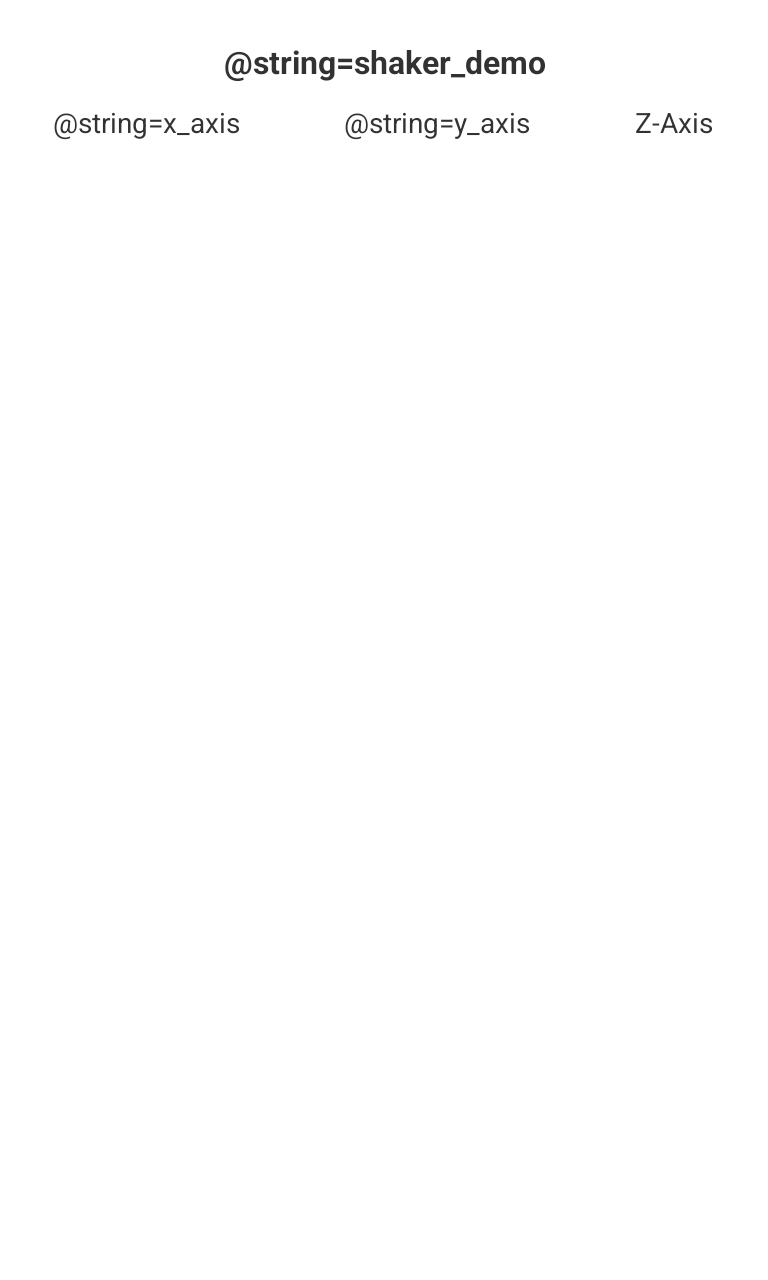
Repository: cemkoc/powernap
Layout: accelerometer/android/accelerometer/res/layout/main.xml
These files come from the project's save history. The layout is drawn as it stood at one moment and after the next save; the edit follows.
It is drawn on a 768 x 1280 px phone screen (xhdpi) without system bars, with theme AppTheme; the app's code is not run.

Above is the layout before, as saved 2014-01-25 19:16:06.

After the next save:
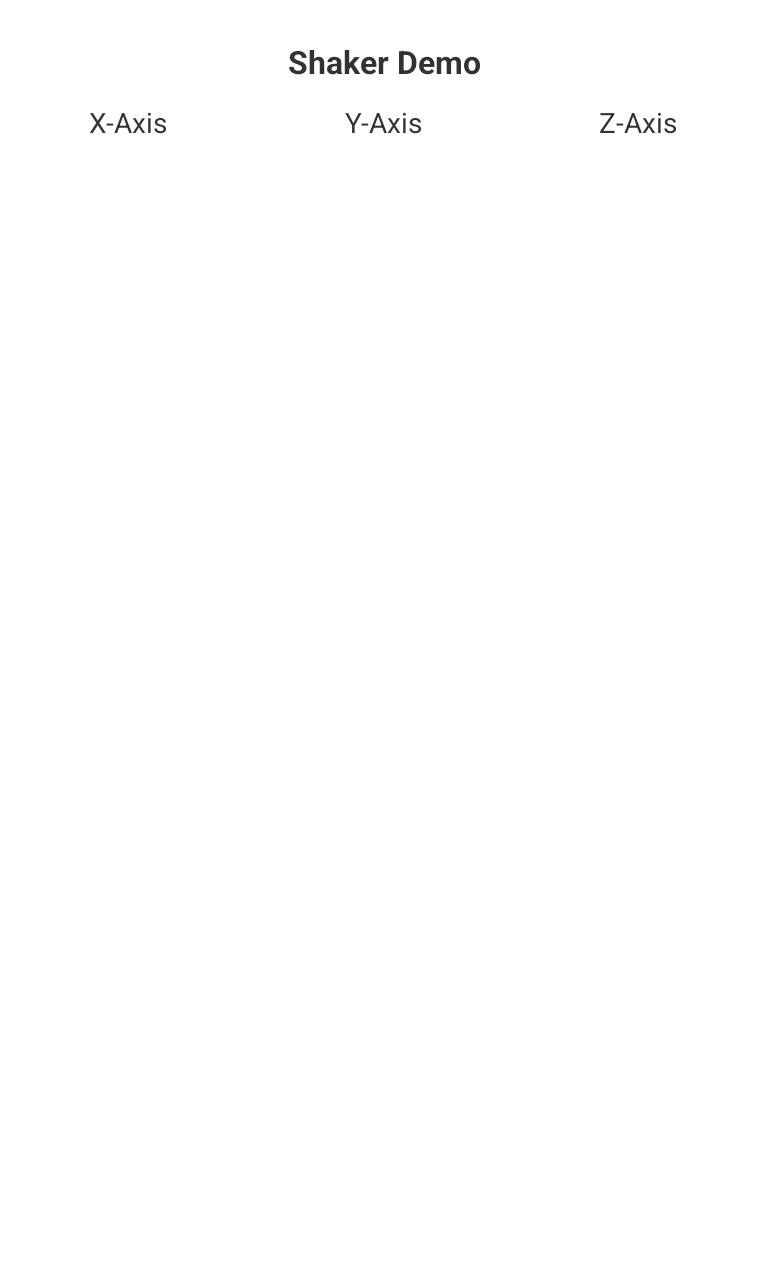
Saved 48 s later.
--- a/accelerometer/android/accelerometer/res/layout/main.xml
+++ b/accelerometer/android/accelerometer/res/layout/main.xml
@@ -10,7 +10,7 @@ android:layout_height="fill_parent">
 	android:textSize="16sp"
 	android:textStyle="bold"
 	android:gravity="center"
-	android:text="@string=shaker_demo"/>
+	android:text="@string/shaker_demo"/>
 <TableLayout
 	android:paddingTop="10dip"
 	android:layout_width="fill_parent"
@@ -21,13 +21,13 @@ android:layout_height="fill_parent">
 	android:layout_width="wrap_content"
 	android:layout_height="wrap_content"
 	android:textSize="14sp"
-	android:text="@string=x_axis"
+	android:text="@string/x_axis"
 	android:gravity="center"/>
 <TextView
 	android:layout_width="wrap_content"
 	android:layout_height="wrap_content"
 	android:textSize="14sp"
-	android:text="@string=y_axis"
+	android:text="@string/y_axis"
 	android:gravity="center"/>
 <TextView
 	android:layout_width="wrap_content"
